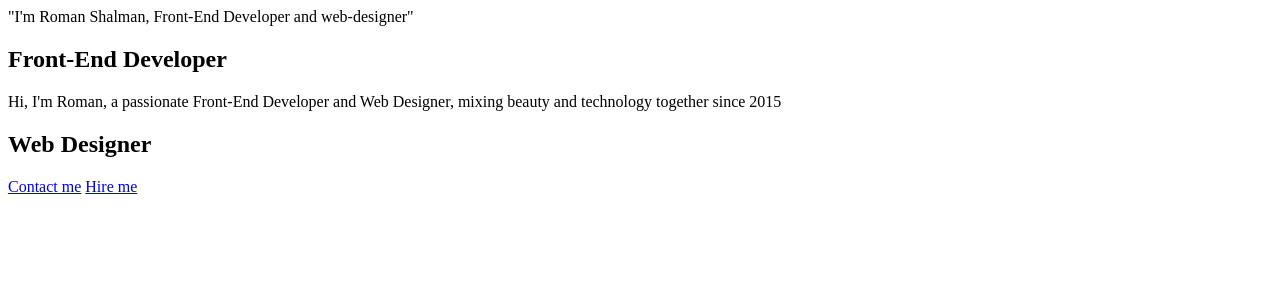
Repository: RShalman/rshalman.github.io
Page: index.html
These files come from the project's save history. The page is drawn as it stood at one moment and after the next save; the edit follows.
The browser window is 1280 px wide. The pictures show the whole page.

Above is the page before, as saved 2018-10-18 12:09:02.

After the next save:
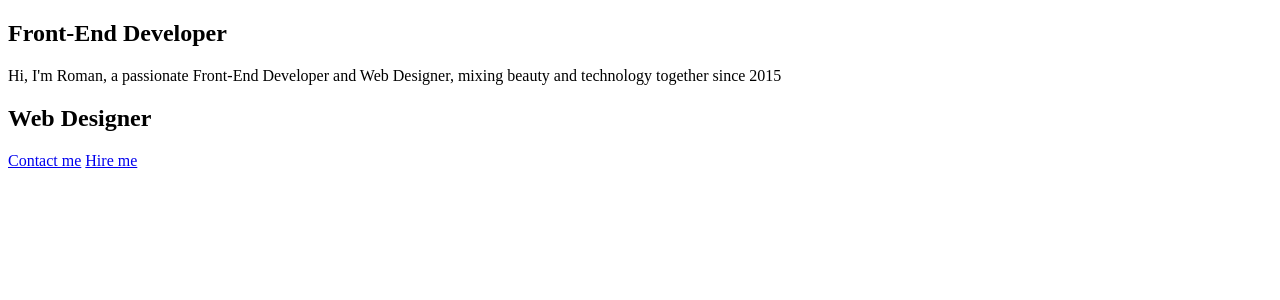
Saved 87 s later.
--- a/index.html
+++ b/index.html
@@ -4,7 +4,7 @@
     <meta charset="utf-8" />
     <meta http-equiv="X-UA-Compatible" content="IE=edge">
     <title>Roman Shalman - Front-End Developer</title>
-    <description>"I'm Roman Shalman, Front-End Developer and web-designer"</description>
+    <meta name="description" content="I'm Roman Shalman, Front-End Developer and web-designer">
     <meta name="viewport" content="width=device-width, initial-scale=1">
     <link rel="stylesheet" type="text/css" media="screen" href="css/main.css" />
     <script src="js/main.js"></script>
